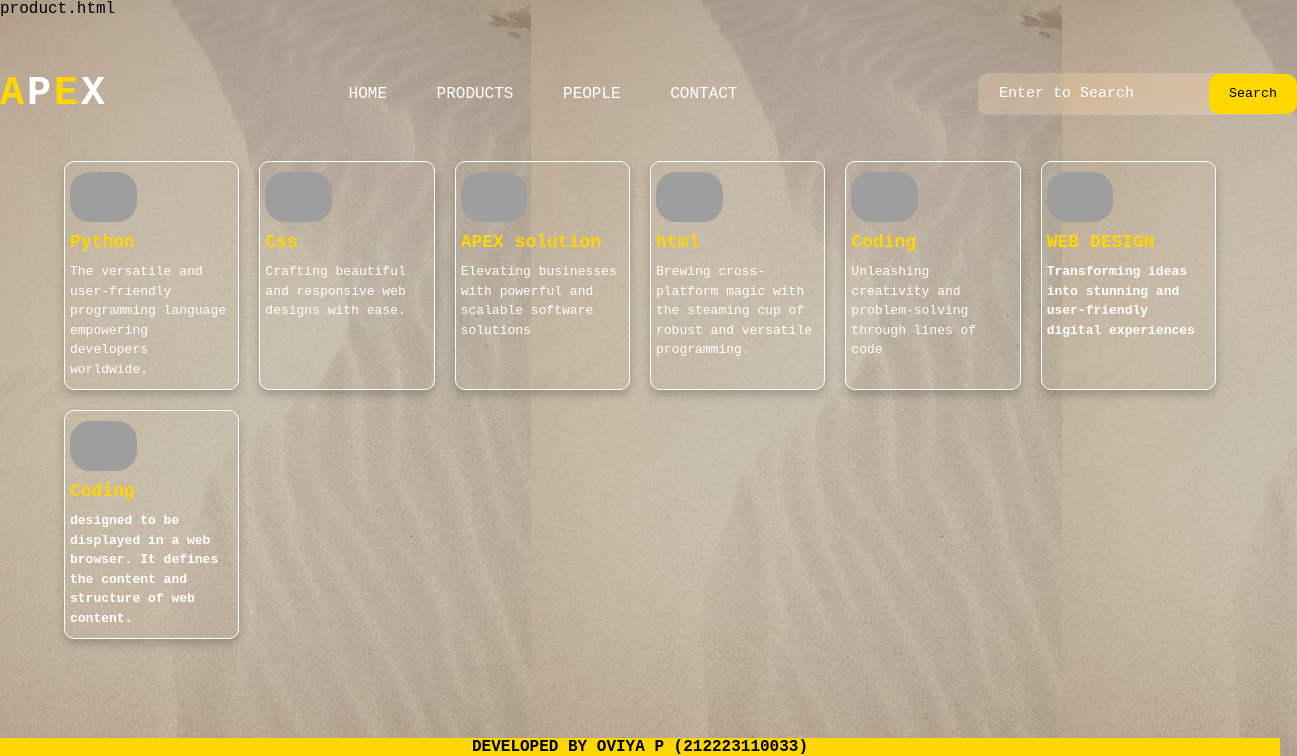
Repository: Oviya24032K6/softweb
Page: oviya/softapp/static/product.html
These files come from the project's save history. The page is drawn as it stood at one moment and after the next save; the edit follows.
The browser window is 1280 px wide. The page is 1297 px wide, so the pictures cover 1297 px, including what lies to the right of the window. The pictures show the whole page.
Pictures or frames that could not be fetched are drawn as grey boxes.

Above is the page before, as saved 2024-04-27 14:00:11.

### oviya/softapp/static/product.html
product.html

<html>
    <head>
        <meta name="viewport" content="width=device-width, initial-scale=1.0">
        <title>APEX</title>
        <style type="text/css">
            * {
                margin: 0;
                padding: 0;
                font-family: 'Courier New', Courier, monospace;
                        }
            .banner {
                width: 100%;
                height: 100vh;
                background-size: cover;
                background-position: center;
            }
            .navbar {
                width: 100%;
                margin: auto;
                padding: 35px 0;
                display: flex;
                align-items: center;
                justify-content: space-between;
            }
            .logo {
                color:gold;
                font-size: 40px;
                font-weight: 700;
                letter-spacing: 3px;
            }
            span {
                color: white;
            }
            form {
                width: 300px;
                height: 40px;
                display: flex;
                background: rgba(255, 255, 255, 0.2);
                padding: 1px 1px;
                font-size: 15px;
                border-radius: 10px;
                backdrop-filter: blur(4px) saturate(180%);
            }
            form input {
                background: transparent;
                flex: 1;
                border: 0;
                outline: none;
                padding: 12px 20px;
                font-size: 15px;
                color: white;
            }
            ::placeholder {
                color: white;
            }
            form button {
                border: 0;
                outline: none;
                padding: 5px 20px;
                color:black;
                border-radius: 10px;
                background:gold;
                cursor: pointer;
            }
            .navbar li {
                list-style: none;
                display: inline-block;
                margin: 0 20px;
                position: relative;
            }
            .navbar li a {
                text-decoration: none;
                color: white;
                text-transform: uppercase;
            }
            .navbar li:hover {
                border: 1px;
                padding: 10px;
                color: white;
                background-color:gold;
                transition: 0.5s;
                cursor: pointer;
                border-radius: 30px;
            }
            .container {
                background: transparent;
                padding: 10px 5%;
                padding-bottom: 100px;
            }
            .container .box-container {
                display: grid;
                grid-template-columns: repeat(auto-fit, minmax(170px, 1fr));
                gap: 20px;
            }
            .container .box-container .box {
                color: white;
                box-shadow: 0 5px 10px rgba(0,0,0,.2);
                border-radius: 10px;
                background: transparent;
                border: 1px solid white;
                padding: 10px 5px;
            }
            .container .box-container .box img {
                height: 50px;
                border-radius: 20px;
            }
            .container .box-container .box h3 {
                color: gold;
                font-size: large;
                padding: 10px 0;
            }
            .container .box-container .box p {
                color: white;
                font-size: small;
                line-height: 1.5;
            }
            footer {
                background-color: gold;
                margin-top: auto;
            }
        </style>
    </head>
<body background="bg.jpg">
    <div class="banner">
        <br>
        <div class="navbar">
            <h1 class="logo">A<span>P</span>E<span>X</span></h1>
            <ul>
                <li><a href="home.html"> Home </a></li>
                <li><a href="Product.html"> Products </a></li>
                <li><a href="people.html"> People </a></li>
                <li><a href="contact.html"> Contact </a></li>
            </ul>
            <form action="" method="get">
                <input type="text" placeholder="Enter to Search">
                <button type="submit"> Search </button>
            </form>
        </div>
        <div class="container">
            <div class="box-container">
                <div class="box">
                    <img src="tmp3.jpg" alt="">
                    <h3>Python</h3>
                    <p>The versatile and user-friendly programming language empowering developers worldwide.</p>
                </div>
                <div class="box">
                    <img src="temp8.png" alt="">
                    <h3>Css </h3>
                    <p> Crafting beautiful and responsive web designs with ease.</p>
                </div>
                <div class="box">
                    <img src="temp1.jpg" alt="">
                    <h3>APEX solution</h3>
                    <p>Elevating businesses with powerful and scalable software solutions</p>
                </div>
                <div class="box">
                    <img src="temp4.jpg" alt="">
                    <h3>html</h3>
                    <p>Brewing cross-platform magic with the steaming cup of robust and versatile programming.</p>
                </div>
                <div class="box">
                    <img src="temp6.jpg" alt="">
                    <h3>Coding</h3>
                    <p>Unleashing creativity and problem-solving through lines of code</p>
                </div>
                <div class="box">
                    <img src="temp7.jpg" alt="">
                 <b> <h3>WEB DESIGN </h3>
                    <p>Transforming ideas into stunning and user-friendly digital experiences</p>
                </div>
                <div class="box">
                    <img src="tempt5.avif" alt="">
                    <h3>Coding</h3>
                    <p>designed to be displayed in a web browser. It defines the content and structure of web content. </p>
                </div></b>
            </div>
        </div>
    </div>
    <footer>
        <center> <b>DEVELOPED BY OVIYA P (212223110033) </b></center>
    </footer>
</body>
</html>

After the next save:
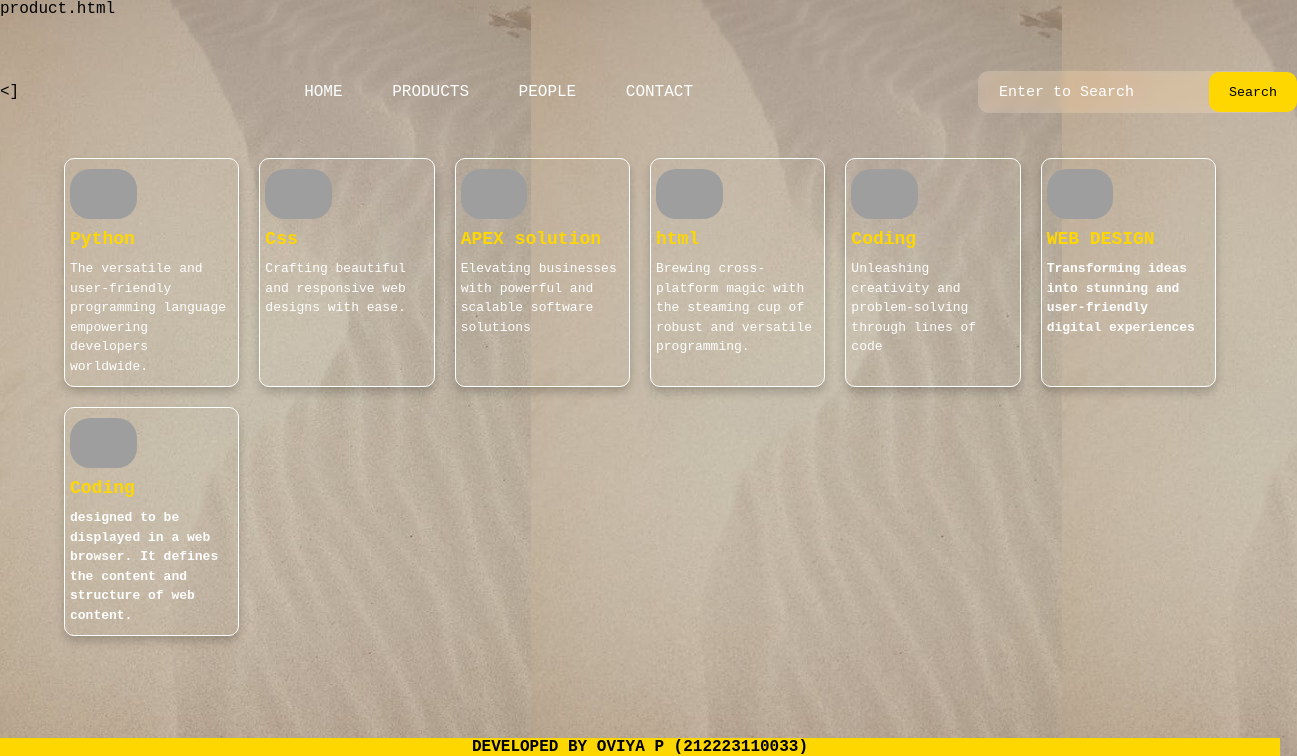
Saved 18 s later.
--- a/oviya/softapp/static/product.html
+++ b/oviya/softapp/static/product.html
@@ -126,7 +126,7 @@
     <div class="banner">
         <br>
         <div class="navbar">
-            <h1 class="logo">A<span>P</span>E<span>X</span></h1>
+            <]
             <ul>
                 <li><a href="home.html"> Home </a></li>
                 <li><a href="Product.html"> Products </a></li>
